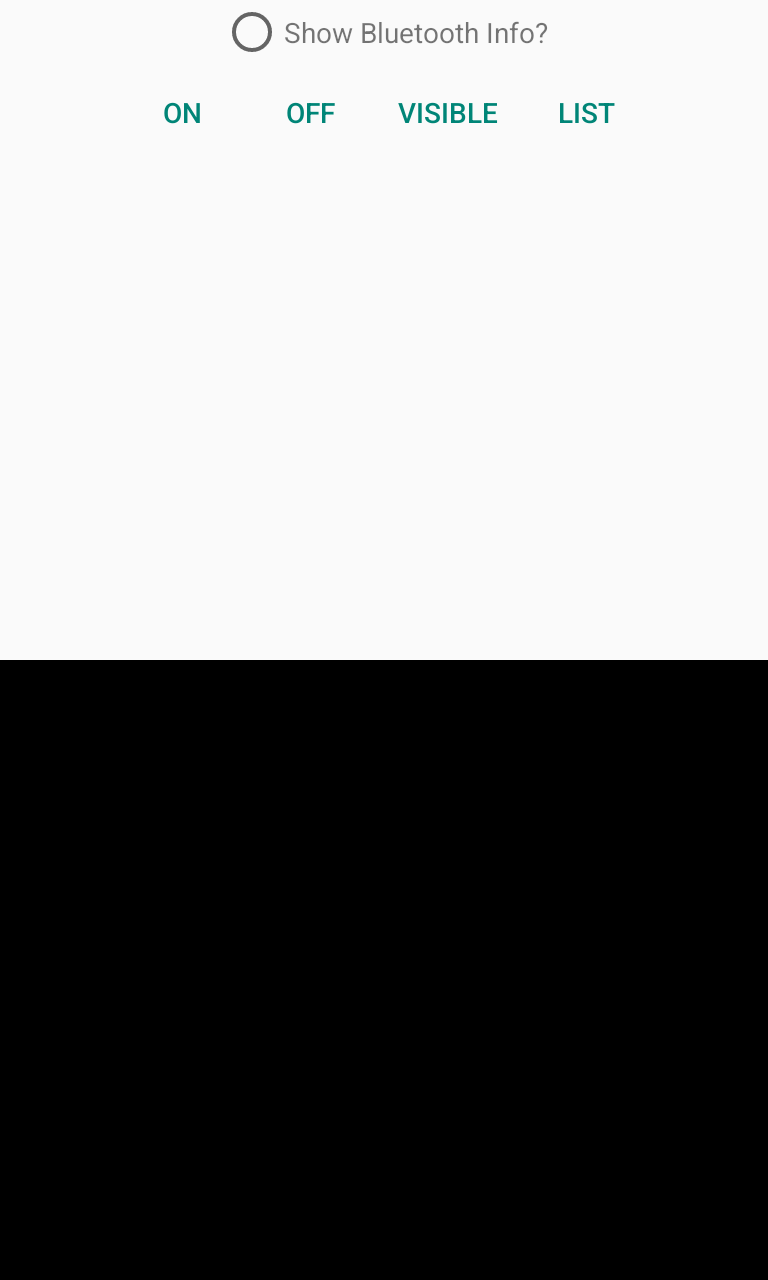
Repository: sdenom01/Anduino
Layout: Anduino/res/layout/activity_main.xml
An editor plug-in stored every save of this project. The layout is shown before and after the next save, followed by the edit.
It is drawn on a 768 x 1280 px phone screen (xhdpi) without system bars, with theme AppTheme; the app's code is not run. Lists and similar views that code fills are empty.

Above is the layout before, as saved 2014-07-08 21:28:00.

### Anduino/res/layout/activity_main.xml
<LinearLayout xmlns:android="http://schemas.android.com/apk/res/android"
    xmlns:tools="http://schemas.android.com/tools"
    android:layout_width="match_parent"
    android:layout_height="match_parent"
    android:orientation="vertical"
    tools:context="${packageName}.${activityClass}" >

    <LinearLayout
        android:id="@+id/bluetoothInformation"
        android:layout_width="match_parent"
        android:layout_height="wrap_content"
        android:gravity="center_horizontal"
        android:orientation="horizontal" >

        <RadioButton
            android:id="@+id/bluetoothToggle"
            android:layout_width="wrap_content"
            android:layout_height="wrap_content" />

        <TextView
            android:id="@+id/bluetoothToggleTitle"
            android:layout_width="wrap_content"
            android:layout_height="wrap_content"
            android:text="@string/ToggleBluetooth" />
    </LinearLayout>

    <!-- Bluetooth Information goes here -->

    <LinearLayout
        android:id="@+id/bluetoothInformation"
        android:layout_width="wrap_content"
        android:layout_height="wrap_content"
        android:orientation="vertical" >

        <LinearLayout
            android:layout_width="wrap_content"
            android:layout_height="wrap_content"
            android:layout_gravity="center"
            android:orientation="horizontal" >

            <Button
                android:id="@+id/button1"
                style="?android:attr/buttonBarButtonStyle"
                android:layout_width="wrap_content"
                android:layout_height="wrap_content"
                android:clickable="true"
                android:onClick="on"
                android:text="@string/On" />

            <Button
                android:id="@+id/button2"
                style="?android:attr/buttonBarButtonStyle"
                android:layout_width="wrap_content"
                android:layout_height="wrap_content"
                android:clickable="true"
                android:onClick="off"
                android:text="@string/Off" />

            <Button
                android:id="@+id/button3"
                style="?android:attr/buttonBarButtonStyle"
                android:layout_width="wrap_content"
                android:layout_height="wrap_content"
                android:clickable="true"
                android:onClick="visible"
                android:text="@string/Visible" />

            <Button
                android:id="@+id/button4"
                style="?android:attr/buttonBarButtonStyle"
                android:layout_width="wrap_content"
                android:layout_height="wrap_content"
                android:clickable="true"
                android:onClick="list"
                android:text="@string/List" />
        </LinearLayout>

        <LinearLayout
            android:layout_width="wrap_content"
            android:layout_height="wrap_content"
            android:orientation="horizontal" >

            <ListView
                android:id="@+id/listView1"
                android:layout_width="wrap_content"
                android:layout_height="250dp" />
        </LinearLayout>
    </LinearLayout>

    <!-- Color Picker will go here -->

    <LinearLayout
        android:id="@+id/colorPicker"
        android:layout_width="match_parent"
        android:layout_height="match_parent"
        android:background="#000000"
        android:orientation="horizontal" >
    </LinearLayout>

</LinearLayout>

### Anduino/res/values/strings.xml
<?xml version="1.0" encoding="utf-8"?>
<resources>

    <string name="app_name">Anduino</string>
    <string name="On">On</string>
    <string name="Off">Off</string>
    <string name="Visible">Visible</string>
    <string name="List">List</string>
    <string name="ToggleBluetooth">Show Bluetooth Info?</string>
</resources>

Loaded but not shown: Anduino/res/values/styles.xml (common file); Anduino/res/values-v11/styles.xml (common file); Anduino/res/values-v14/styles.xml (common file)

After the next save:
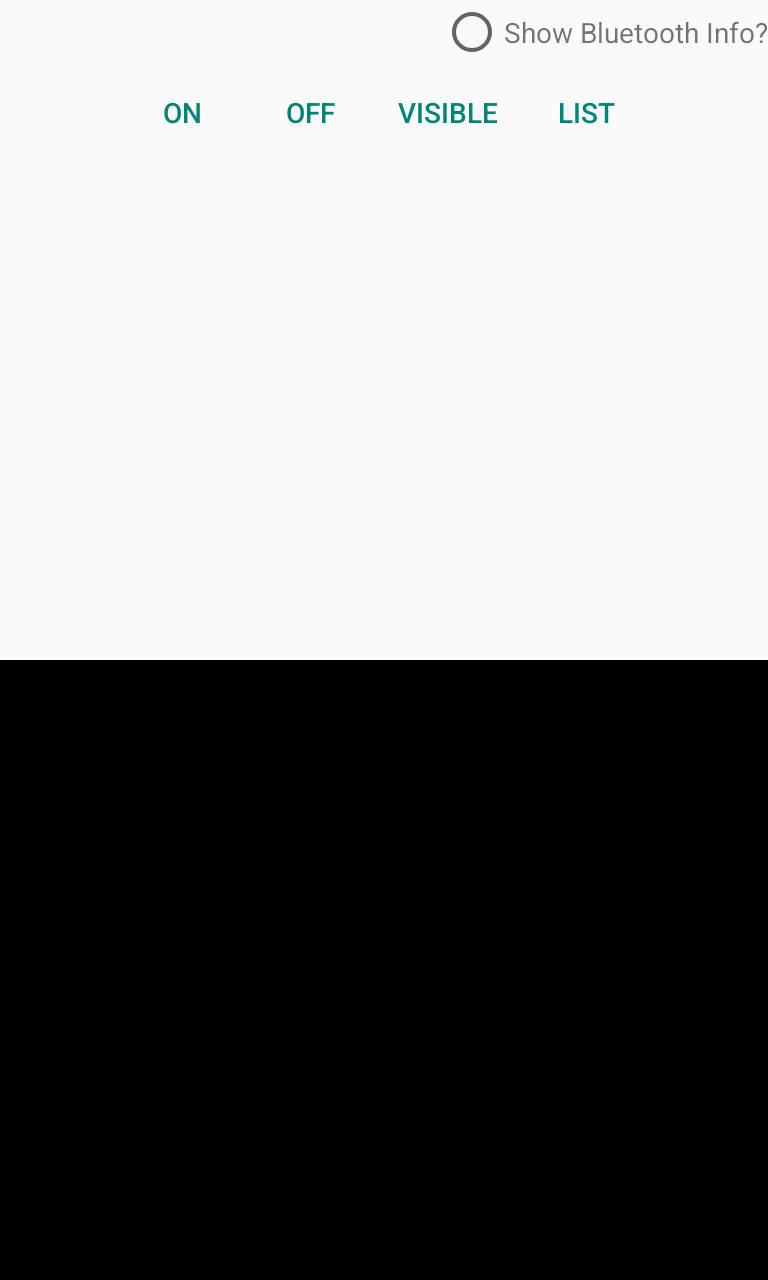
Saved 12 s later.
--- a/Anduino/res/layout/activity_main.xml
+++ b/Anduino/res/layout/activity_main.xml
@@ -9,7 +9,7 @@
         android:id="@+id/bluetoothInformation"
         android:layout_width="match_parent"
         android:layout_height="wrap_content"
-        android:gravity="center_horizontal"
+        android:gravity="right"
         android:orientation="horizontal" >
 
         <RadioButton
